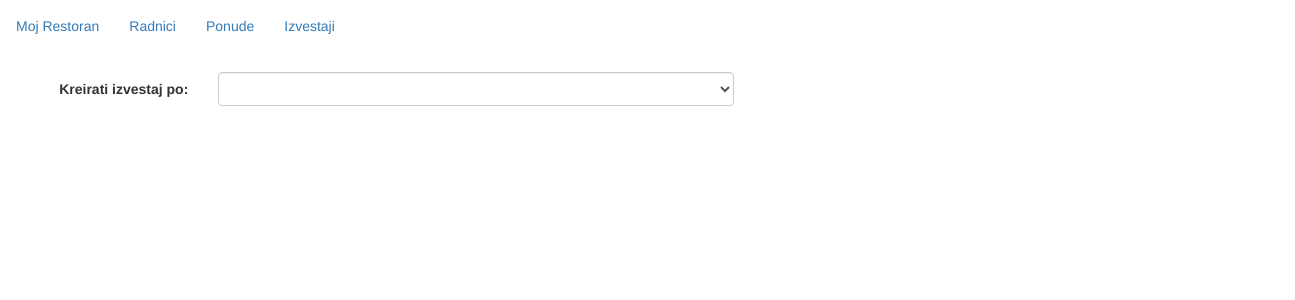
Repository: milanadam94/ISA-2016
Page: jpa-example/src/main/webapp/RestaurantManager/RestourantManagerReport.html
These files come from the project's save history. The page is drawn as it stood at one moment and after the next save; the edit follows.
The browser window is 1280 px wide. The page is 1295 px wide, so the pictures cover 1295 px, including what lies to the right of the window. The pictures show the whole page.
Some web libraries are served in a nearby version.

Above is the page before, as saved 2017-02-28 20:08:00.

### jpa-example/src/main/webapp/RestaurantManager/RestourantManagerReport.html
<!DOCTYPE html>
<html>
<head>
<meta charset="ISO-8859-1">
<title>Menadzer Restorana</title>

<!-- JQUERY -->
<script src="https://code.jquery.com/jquery-3.1.1.js" integrity="sha256-16cdPddA6VdVInumRGo6IbivbERE8p7CQR3HzTBuELA=" crossorigin="anonymous"></script>

<!-- BOOTSTRAP CSS -->
<link rel="stylesheet" href="https://maxcdn.bootstrapcdn.com/bootstrap/3.3.7/css/bootstrap.min.css" integrity="sha384-BVYiiSIFeK1dGmJRAkycuHAHRg32OmUcww7on3RYdg4Va+PmSTsz/K68vbdEjh4u" crossorigin="anonymous">

<!-- BOOTSTRAP THEME -->
<link rel="stylesheet" href="https://maxcdn.bootstrapcdn.com/bootstrap/3.3.7/css/bootstrap-theme.min.css" integrity="sha384-rHyoN1iRsVXV4nD0JutlnGaslCJuC7uwjduW9SVrLvRYooPp2bWYgmgJQIXwl/Sp" crossorigin="anonymous">

<!-- BOOTSTRAP JS -->
<script src="https://maxcdn.bootstrapcdn.com/bootstrap/3.3.7/js/bootstrap.min.js" integrity="sha384-Tc5IQib027qvyjSMfHjOMaLkfuWVxZxUPnCJA7l2mCWNIpG9mGCD8wGNIcPD7Txa" crossorigin="anonymous"></script>

<!-- ANGULAR JS -->
<script src="https://ajax.googleapis.com/ajax/libs/angularjs/1.6.1/angular.js"></script>

<script src="/JQuery-cookie-plugin/jquery.cookie.js"></script>

<!-- TOASTR -->
<!-- <script src="https://cdnjs.cloudflare.com/ajax/libs/toastr.js/latest/css/toastr.css"></script> -->

</head>
<body ng-app="restManager" ng-controller="reportControler">
	<nav id="myNavbar" class="navbar">
		<ul class="nav navbar-nav">
			<li><a href="RestaurantManager.html" ng-click="getRestaurant()">Moj Restoran</a></li>
			<li><a href="RestaurantManagerWorkers.html">Radnici</a></li>
			<li><a href="RestaurantManagerOfferers.html">Ponude</a></li>
			<li><a href="RestourantManagerReport.html">Izvestaji</a></li>
		</ul>
	</nav>
	<div>

		<form class="form-horizontal">
			<div class="form-group">
			<label class="control-label col-sm-2">Kreirati izvestaj po: </label>
					 <div class="col-sm-5">
						<select class="form-control" id="kategorija" ng-model="choosenOption" ng-change="reloadPage()" title="restaurant.category">
						<option>Ocena Resotrana</option>
						<option>Jelu</option>
						<option>Konobaru</option>
						<option>Posecenost</option>
						<option>Prihodi</option>
						<option>Prihodi Po Konobaru</option>
						</select>
					</div>
			</div> <br/>
		</form>


	</div>
</body>


<!-- ANGULAR SCRIPT -->
<script src="RestourantManagerReport.js"></script>


</html>

### jpa-example/src/main/webapp/RestaurantManager/RestourantManagerReport.js
angular.element(document).ready(function () {
    console.log('page loading completed');
});
var restManager = angular.module('restManager', []).config(['$qProvider', '$httpProvider', function ($qProvider, $httpProvider)  {
    $qProvider.errorOnUnhandledRejections(false);

}]).run(['$rootScope', '$http', '$window', function ($rootScope, $http, $window) {

	//namestiti dole u funckcijama gde treba user.email kada se ovo namesti!
	if (typeof $.cookie('user') !== 'undefined') {
		user = JSON.parse($.cookie('user'));

		if(user.userType == "GUEST") {
			$window.location.href = "/GuestPage/GuestPage.html";
		}
		// DALJE
	}



}]);



restManager.controller('reportControler', [ '$scope', function($scope){

	$scope.choosenOption = "";


	$scope.setShows = function(){
		$scope.ocenaRestoranaShow = ocenaRestoranaShow;
		$scope.jeluShow = jeluShow;
		$scope.konobaruShow = konobaruShow;
		$scope.posecenostShow = posecenostShow;
		$scope.prihodiShow = prihodiShow;
		$scope.prihodiPoKonobaruShow = prihodiPoKonobaruShow;

	}


	$scope.reloadPage = function(){
		alert($scope.choosenOption);
	}

}]);

Loaded but not shown: jpa-example/src/main/webapp/JQuery-cookie-plugin/jquery.cookie.js (library)

After the next save:
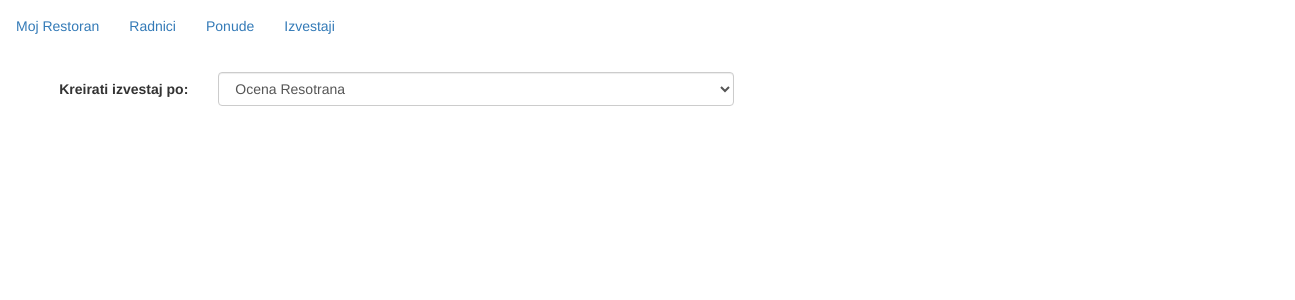
Console error: SyntaxError: Unexpected identifier 'jeluShow'
Saved 22 s later.
--- a/jpa-example/src/main/webapp/RestaurantManager/RestourantManagerReport.js
+++ b/jpa-example/src/main/webapp/RestaurantManager/RestourantManagerReport.js
@@ -27,7 +27,7 @@
 	$scope.choosenOption = "";
 
 
-	$scope.setShows = function(){
+	$scope.setShows = function(ocenaRestoranaShow jeluShow konobaruShow posecenostShow prihodiShow prihodiPoKonobaruShow) {
 		$scope.ocenaRestoranaShow = ocenaRestoranaShow;
 		$scope.jeluShow = jeluShow;
 		$scope.konobaruShow = konobaruShow;

After the save that followed:
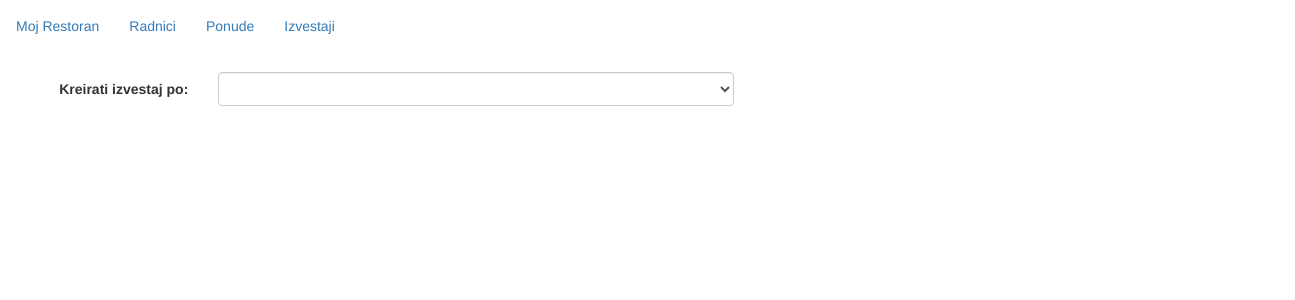
The error is gone.
Saved 10 s later.
--- a/jpa-example/src/main/webapp/RestaurantManager/RestourantManagerReport.js
+++ b/jpa-example/src/main/webapp/RestaurantManager/RestourantManagerReport.js
@@ -27,7 +27,7 @@
 	$scope.choosenOption = "";
 
 
-	$scope.setShows = function(ocenaRestoranaShow jeluShow konobaruShow posecenostShow prihodiShow prihodiPoKonobaruShow) {
+	$scope.setShows = function(ocenaRestoranaShow, jeluShow, konobaruShow, posecenostShow, prihodiShow, prihodiPoKonobaruShow) {
 		$scope.ocenaRestoranaShow = ocenaRestoranaShow;
 		$scope.jeluShow = jeluShow;
 		$scope.konobaruShow = konobaruShow;
